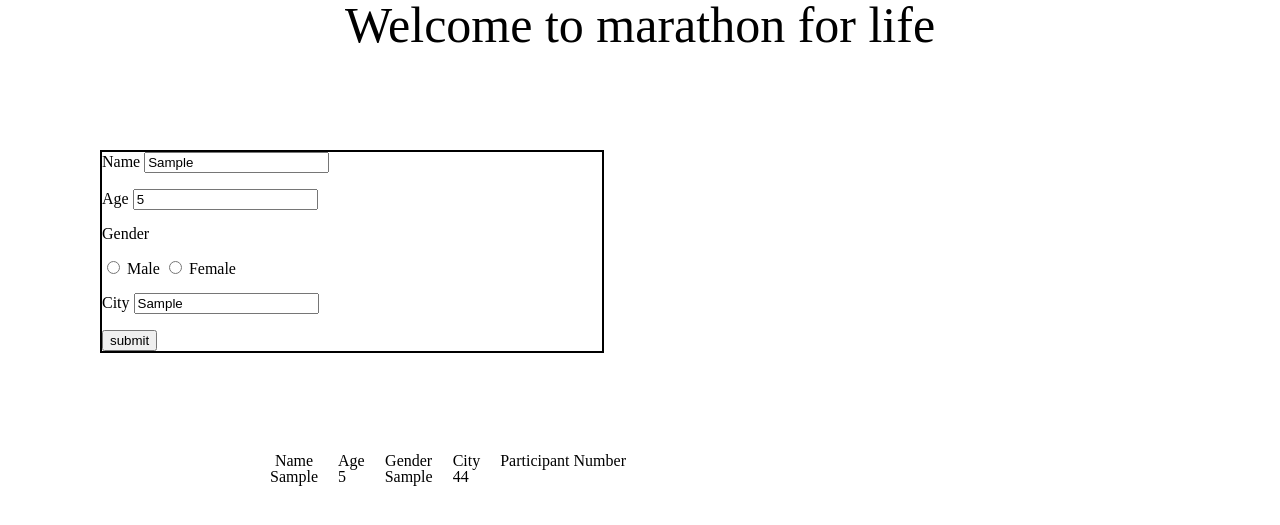
Repository: Razan-am/exam-practice
Page: marathon.html
An editor plug-in stored every save of this project. The page is shown before and after the next save, followed by the edit.
The browser window is 1280 px wide. The pictures show the whole page.
Empty fields were first filled with sample values (such as "Sample", 5 or name@example.com).
After loading, the first visible `#myForm` was submitted once.

Above is the page before, as saved 2021-05-31 14:46:54.

After the next save:
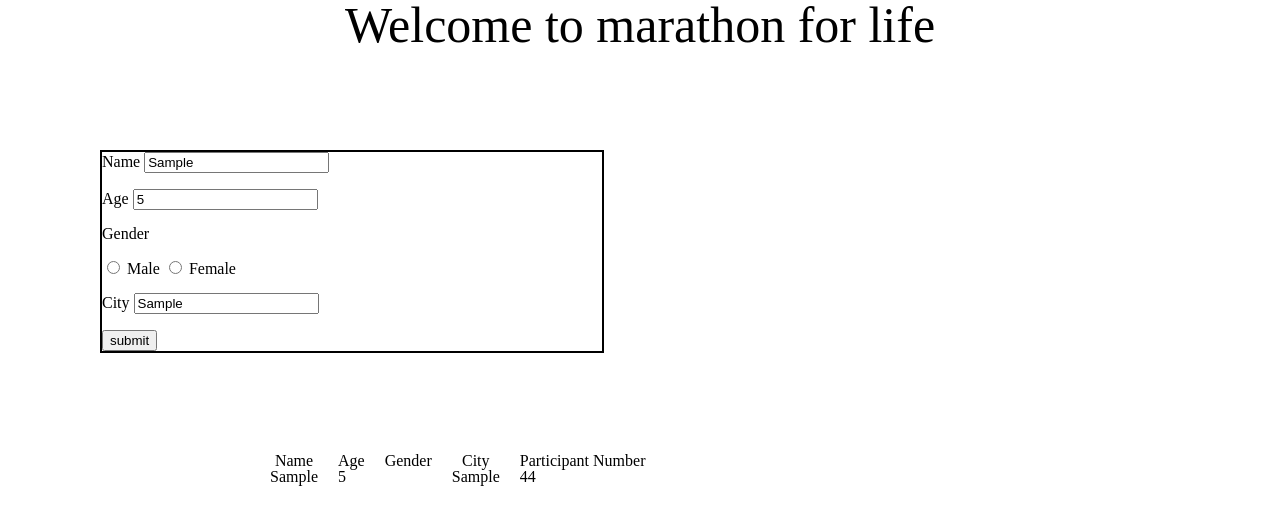
Saved 102 s later.
--- a/js/marathon.js
+++ b/js/marathon.js
@@ -60,10 +60,15 @@ function render2 (){
 
         let td3 = document.createElement('td');
         tableBody.appendChild(td3);
-        td3.textContent=`${mainArr[index].city}`;
+        td3.textContent=`${mainArr[index].gender}`
 
         let td4 = document.createElement('td');
         tableBody.appendChild(td4);
-        td4.textContent = `${randomNumber(1,50)}`;
+        td4.textContent=`${mainArr[index].city}`;
+
+
+        let td5 = document.createElement('td');
+        tableBody.appendChild(td5);
+        td5.textContent = `${randomNumber(1,50)}`;
     }
 }
